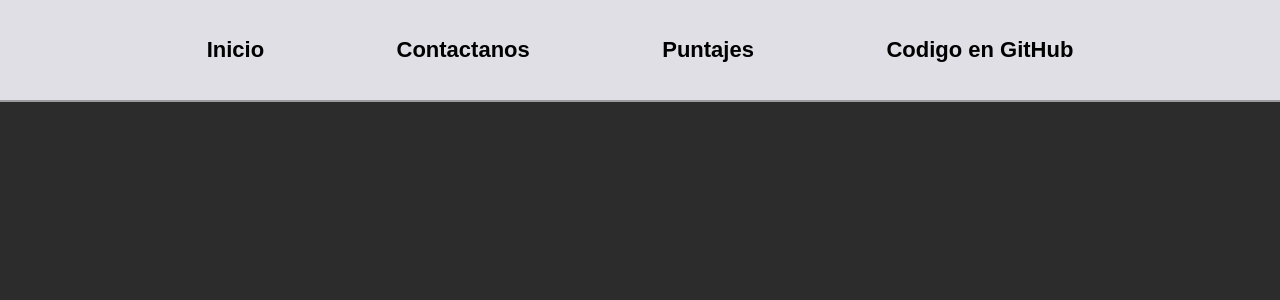
Repository: FacundoKinderknecht/FacundoKinderknecht_Wordle_Game_LPPA
Page: html/puntajes.html
The author's editor kept a copy of each file at every save. The page is drawn from the files as they stood at one save, then again after the next save.
The browser window is 1280 px wide. The pictures show the whole page.

Above is the page before, as saved 2023-08-08 10:54:13.
Not found: html/css/puntajes.css
Not found: html/js/puntajes.js

After the next save:
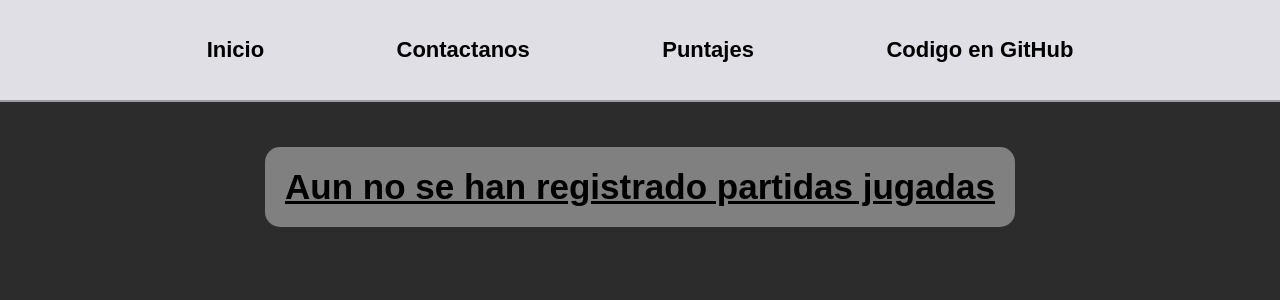
Saved 12 s later.
--- a/html/puntajes.html
+++ b/html/puntajes.html
@@ -5,20 +5,20 @@
         <meta http-equiv="X-UA-Compatible" content="IE=edge">
         <meta name="viewport" content="width=device-width, initial-scale=1.0">
 
-        <link rel="stylesheet" href="./css/reset.css">
-        <link rel="stylesheet" href="./css/styles.css">
-        <link rel="stylesheet" href="./css/puntajes.css">
+        <link rel="stylesheet" href="/css/reset.css">
+        <link rel="stylesheet" href="/css/styles.css">
+        <link rel="stylesheet" href="/css/puntajes.css">
 
-        <script src="./js/puntajes.js"></script>
+        <script src="/js/puntajes.js"></script>
 
         <title>Puntajes</title>
     </head>
     <body>
         <header>
             <nav class="navbar">
-                <a href="./index.html">Inicio</a>
-                <a href="./html/email.html">Contactanos</a>
-                <a href="./html/puntajes.html">Puntajes</a>
+                <a href="/index.html">Inicio</a>
+                <a href="/html/email.html">Contactanos</a>
+                <a href="/html/puntajes.html">Puntajes</a>
                 <a href="https://github.com/FacundoKinderknecht/FacundoKinderknecht_Wordle_Game_LPPA" target="_blank">Codigo en GitHub</a>
             </nav>
         </header>
